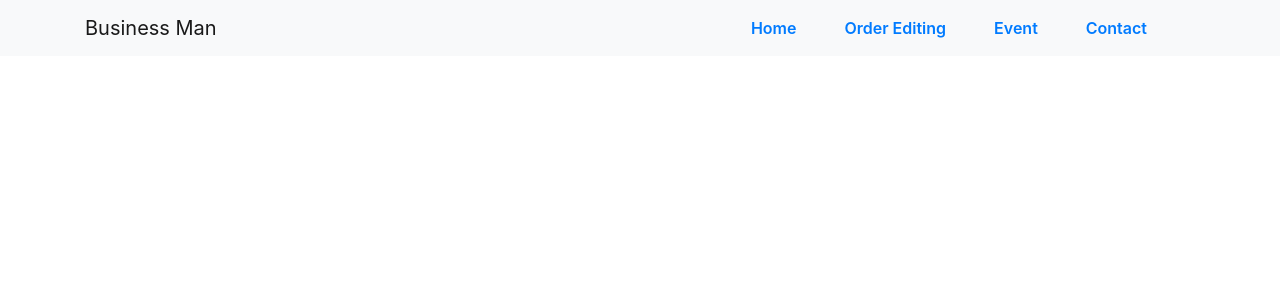
Repository: mdtahsinamin/internship-task
Page: /
An editor plug-in stored every save of this project. The page is shown before and after a run of saves, followed by the edit.
The browser window is 1280 px wide. The pictures show the whole page.
The project was rebuilt for these pictures with package versions that can differ from the ones it lists, and the page was loaded fresh each time. Also part of the build but not shown: src/App.css, src/Components/Style/SignIn.css, src/Components/Authentication/SignIn.js, src/Components/NotFound/NotFound.js.

Above is the page before, as saved 2020-12-24 17:27:17.

### src/App.js

import { createContext, useState } from "react";
import {
  BrowserRouter as Router,
  Switch,
  Route,
  Link
} from "react-router-dom";
import './App.css';
import SignIn from "./Components/Authentication/SignIn";
import NotFound from "./Components/NotFound/NotFound";
import Home from "./Components/Pages/Home/Home";

export const UserContext = createContext();

function App() {
   const [loginUser,setLoginUser] = useState({

   });

  return (
   <UserContext.Provider value={[loginUser,setLoginUser]}>
    <Router>
       <Switch>
         <Route path='/home' component={Home}/>

         <Route path='/sign-in' component={SignIn}/>
         <Route exact path='/' component={Home}/>

       </Switch>
    </Router>
   </UserContext.Provider>
  );
}

export default App;

### src/Components/Pages/Home/Home.js
import React from 'react';
import Navigation from '../Share/Navigation/Navigation';

const Home = () => {
    return (
        <div>
            <Navigation></Navigation>
        </div>
    );
};

export default Home;

### src/Components/Pages/Share/Navigation/Navigation.js
import React, { useContext } from 'react';
import { Container, Nav, Navbar } from 'react-bootstrap';
import { Link } from 'react-router-dom';
import { UserContext } from '../../../../App';

const Navigation = () => {
    const links = ['Home','Order Editing','Event','Contact'];
    const [loginUser,setLoginUser] = useContext(UserContext);


    const linkStyle ={
         textDecoration: 'none',
         fontSize:'16px',
         fontWeight:'600'
    };

    return (
    <header>
        <Navbar bg="light" expand="lg" collapseOnSelect>
           <Container>
             <Link to='/'>
               <Navbar.Brand>Business Man</Navbar.Brand>
             </Link>
            <Navbar.Toggle aria-controls="basic-navbar-nav" />
            <Navbar.Collapse id="basic-navbar-nav">
                <Nav className="ml-auto">
                    {
                        links.map((link,index) =>{
                              return (
                               <Link className="mr-5" to={`${link.toLocaleLowerCase().split(' ').join('-')}`} style={linkStyle}>
                                   {link}
                               </Link>
                              )
                        })
                    }
                </Nav>
            </Navbar.Collapse>
           </Container>
        </Navbar>
   </header>
    );
};

export default Navigation;

### src/Components/Authentication/AuthManager.js
import firebase from "firebase/app";
import "firebase/auth";
import firebaseConfig from "./firebase.config";

export const initializeLoginFramework = () =>{
    if(firebase.apps.length === 0){
      firebase.initializeApp(firebaseConfig);
    }
}

export const continueWithGoogle = () =>{
    let  provider = new firebase.auth.GoogleAuthProvider();
    return firebase.auth().signInWithPopup(provider).then(res=> {
        const {displayName,email,photoURL} = res.user;
        const googleUser = {
            isLogin : true,
            name : displayName,
            email:email,
            photoURL: photoURL,
            success:true
        }
        return googleUser;
    }).catch((error)=> {
        console.log(error);

    });

}

export const googleSignOut = () =>{
     firebase.auth().signOut().then(function() {

      }).catch(function(error) {

      });
}

### src/Components/Authentication/firebase.config.js
    // firebaseConfig

   const firebaseConfig = {
    apiKey: "AIzaSyDc0cEzjODxHuOQTtzbk7NQM-cFwDjIHy0",
    authDomain: "utilize-73a57.firebaseapp.com",
    projectId: "utilize-73a57",
    storageBucket: "utilize-73a57.appspot.com",
    messagingSenderId: "1084171874155",
    appId: "1:1084171874155:web:ffb115514317faa11e662e"
  };

  export default firebaseConfig;

Loaded but not shown: public/index.html (common file); src/index.js (common file); src/index.css (common file); src/reportWebVitals.js (common file)

After the next 6 saves:
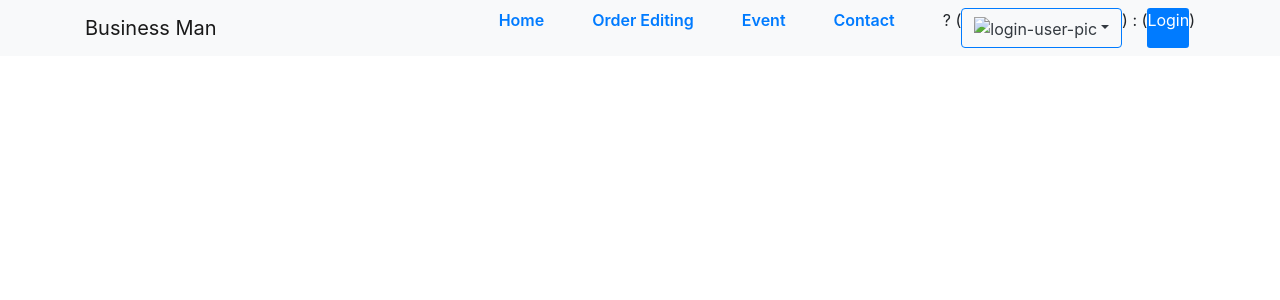
The 6 saves are shown as one change because 5 did not build or start.
The last was saved 10 min 45 s later.
--- a/src/Components/Pages/Share/Navigation/Navigation.js
+++ b/src/Components/Pages/Share/Navigation/Navigation.js
@@ -1,7 +1,9 @@
+
 import React, { useContext } from 'react';
-import { Container, Nav, Navbar } from 'react-bootstrap';
+import { Container, Dropdown, Nav, Navbar } from 'react-bootstrap';
 import { Link } from 'react-router-dom';
 import { UserContext } from '../../../../App';
+import { googleSignOut } from '../../../Authentication/AuthManager';
 
 const Navigation = () => {
     const links = ['Home','Order Editing','Event','Contact'];
@@ -13,6 +15,12 @@ const Navigation = () => {
          fontSize:'16px',
          fontWeight:'600'
     };
+
+
+    const handleSignOut = () =>{
+        googleSignOut();
+        setLoginUser({});
+    }
 
     return (
     <header>
@@ -33,6 +41,32 @@ const Navigation = () => {
                               )
                         })
                     }
+                    {loginUser.email}?
+                    (
+                    <>
+                    <Dropdown>
+                      <Dropdown.Toggle className="bg-transparent text-dark">
+                        {loginUser.name}
+                      <span className="profile-pic">
+                        <img src={loginUser.photoURL} alt="login-user-pic" />
+                      </span>
+                    </Dropdown.Toggle>
+
+                    <Dropdown.Menu>
+                       <Link to="/dashboard">
+                         <Dropdown.Item>Dashboard</Dropdown.Item>
+                      </Link>
+                      <Dropdown.Item onClick={handleSignOut}>
+                        Sign Out
+                      </Dropdown.Item>
+                    </Dropdown.Menu>
+                  </Dropdown>
+                 </>
+                )
+                 : (
+                     <Link to="/sign-in" className="login-button bg-primary text-white rounded-sm"> Login</Link>
+                  )
+
                 </Nav>
             </Navbar.Collapse>
            </Container>
